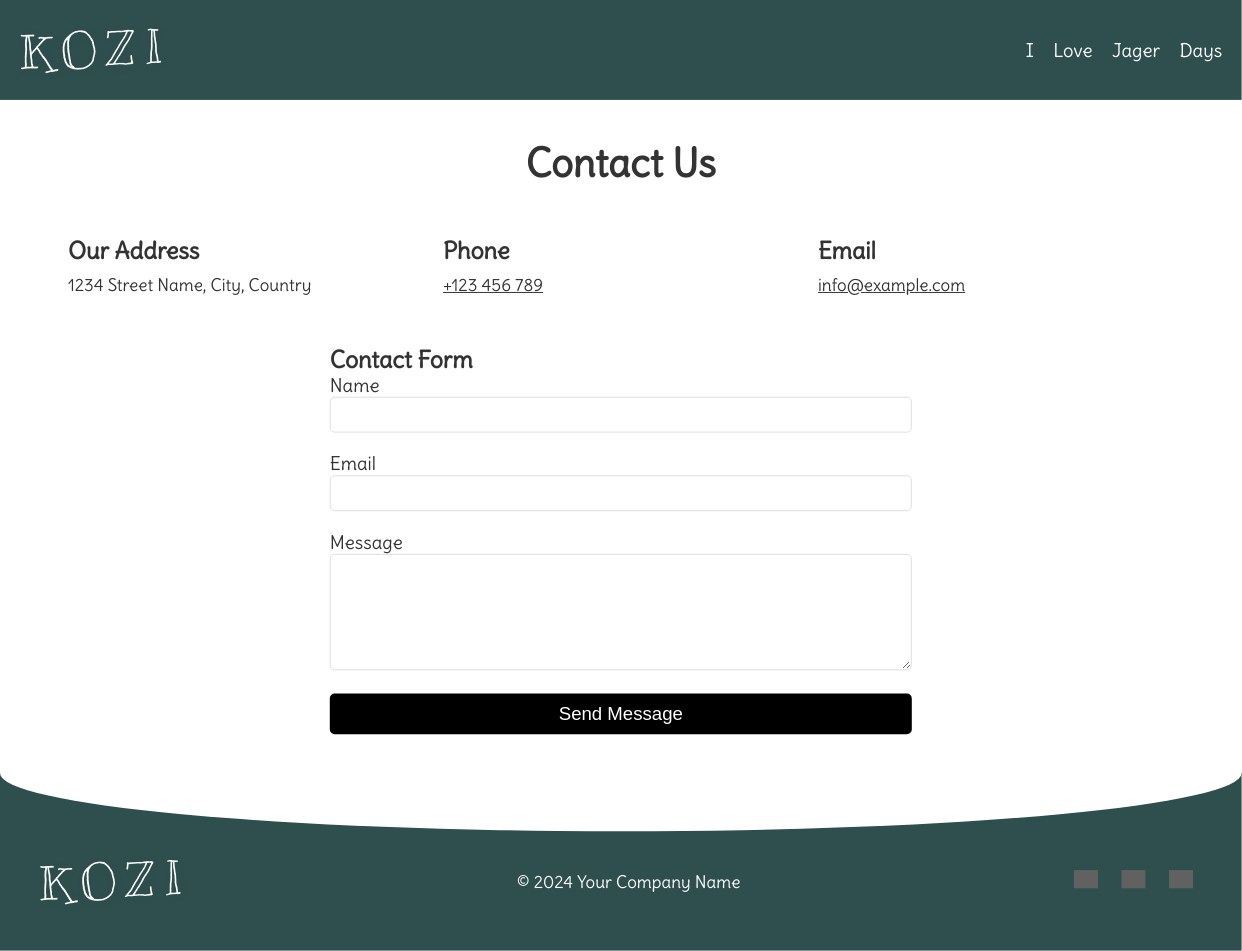
Repository: leerichie/kozi
Page: index.html
These files come from the project's save history. The page is drawn as it stood at one moment and after the next save; the edit follows.
The browser window is 1280 px wide. The pictures show the whole page, at 97% of full size.
Pictures or frames that could not be fetched are drawn as grey boxes.

Above is the page before, as saved 2024-10-24 19:41:48.

### index.html
<!DOCTYPE html>
<html lang="en">

<head>
    <meta charset="UTF-8">
    <meta name="viewport" content="width=device-width, initial-scale=1.0">
    <meta http-equiv="X-UA-Compatible" content="IE=edge">
    <link rel="stylesheet" href="css/styles.css">
    <title>Contact Form</title>
</head>

<body>
    <!-- Navbar -->
    <header class="navbar">
        <div class="logo">
            <!-- <a href="#"><img src="img/logo.png" alt="Logo"></a> -->
            <h1 class="logo-text">Kozi</h1>

        </div>
        <nav>
            <ul class="nav-links">
                <li><a href="#">I</a></li>
                <li><a href="#">Love</a></li>
                <li><a href="#">Jager</a></li>
                <li><a href="#">Days</a></li>
            </ul>
            <div class="hamburger">
                <span class="bar"></span>
                <span class="bar"></span>
                <span class="bar"></span>
            </div>
        </nav>
    </header>

    <!-- Sidebar (hidden by default) -->
    <div class="sidebar">
        <ul class="sidebar-links">
            <li><a href="#">Home</a></li>
            <li><a href="#">About</a></li>
            <li><a href="#">Services</a></li>
            <li><a href="#">Contact</a></li>
        </ul>
    </div>

    <!-- Contact Section -->
    <div class="container">
        <div class="contact-header">
            <h1>Contact Us</h1>
        </div>
        <div class="contact-info">
            <div class="address">
                <h2>Our Address</h2>
                <p>1234 Street Name, City, Country</p>
            </div>
            <div class="phone">
                <h2>Phone</h2>
                <p><a href="tel:+123456789">+123 456 789</a></p>
            </div>
            <div class="email">
                <h2>Email</h2>
                <p><a href="mailto:info@example.com">info@example.com</a></p>
            </div>
        </div>

        <div class="form-container">
            <h2>Contact Form</h2>
            <form action="#" method="POST" class="contact-form">
                <div class="form-group">
                    <label for="name">Name</label>
                    <input type="text" id="name" name="name" required>
                </div>
                <div class="form-group">
                    <label for="email">Email</label>
                    <input type="email" id="email" name="email" required>
                </div>
                <div class="form-group">
                    <label for="message">Message</label>
                    <textarea id="message" name="message" required></textarea>
                </div>
                <button type="submit" class="submit-btn">Send Message</button>
            </form>
        </div>
    </div>

    <!-- Footer -->
    <footer class="footer">
        <div class="footer-shape"></div>
        <div class="footer-container">
            <div class="footer-logo">
                <!-- <a href="#"><img src="img/logo.png" alt="Footer Logo"></a> -->
                <h1 class="logo-text">Kozi</h1>

            </div>
            <div class="footer-text">
                <p>&copy; 2024 Your Company Name</p>
            </div>
            <div class="footer-social">
                <a href="/"><img src="img/facebook.png" alt="Facebook"></a>
                <a href="/"><img src="img/twitter.png" alt="Twitter"></a>
                <a href="/"><img src="img/instagram.png" alt="Instagram"></a>
            </div>
        </div>
    </footer>

    <script src="js/script.js"></script>
</body>

</html>

### css/styles.css
@font-face {
  font-family: "Delius";
  src: url("/fonts/Delius-Regular.ttf") format("truetype");
  font-weight: normal;
  font-style: normal;
}

@font-face {
  font-family: "Merriweather";
  src: url("/fonts/Kranky-Regular.ttf") format("truetype");
  font-weight: bold;
  font-style: normal;
}

@font-face {
  font-family: "Lora";
  src: url("/fonts/LeckerliOne-Regular.ttf") format("truetype");
  font-weight: normal;
  font-style: italic;
}

* {
  margin: 0;
  padding: 0;
  box-sizing: border-box;
}

body {
  font-family: "Delius", sans-serif;
  background-color: #fff;
  color: #333;
}

.logo {
  text-align: center;
}

.logo-text {
  font-family: "Merriweather", serif;
  font-size: 50px;
  letter-spacing: 10px;
  font-weight: bold;
  text-transform: uppercase;
  color: white;
  text-shadow: 2px 2px 10px rgba(0, 0, 0, 0.1);
  transform: rotate(-2deg);
}

/* Nav */
.navbar {
  display: flex;
  justify-content: space-between;
  align-items: center;
  padding: 20px;
  background-color: darkslategray;
  color: #fff;
  position: relative;
  z-index: 1000;
}

.navbar .logo img {
  width: 150px;
}

.navbar nav {
  display: flex;
  align-items: center;
}

.nav-links {
  display: flex;
  list-style: none;
}

.nav-links li {
  margin-left: 20px;
}

.nav-links a {
  text-decoration: none;
  color: #fff;
  font-size: 1.2rem;
  transition: color 0.3s ease;
}

.nav-links a:hover {
  color: #f4a261;
}

/* Hamburger animate - mob */
.hamburger {
  display: none;
  flex-direction: column;
  cursor: pointer;
  transition: all 0.3s ease;
  z-index: 1001;
}

.hamburger .bar {
  width: 25px;
  height: 3px;
  background-color: white;
  margin: 4px 0;
  transition: all 0.3s ease;
  z-index: 1001;
}

.hamburger.active .bar:nth-child(1) {
  transform: rotate(45deg) translate(0, 0);
  width: 20px;
}

.hamburger.active .bar:nth-child(2) {
  opacity: 0;
}

.hamburger.active .bar:nth-child(3) {
  transform: rotate(-45deg) translate(0, 0);
  width: 20px;
}

.hamburger.active .bar {
  height: 4px;
}

/* Sidebar */
.sidebar {
  position: fixed;
  top: 0;
  right: -250px;
  width: 250px;
  height: 100%;
  background-color: darkslategray;
  color: #fff;
  transition: 0.3s;
  padding-top: 60px;
  z-index: 999;
}

.sidebar.active {
  right: 0;
}

.sidebar-links {
  list-style: none;
  padding: 0;
  text-align: center;
}

.sidebar-links li {
  margin: 20px 0;
}

.sidebar-links a {
  text-decoration: none;
  color: #fff;
  font-size: 1.5rem;
  transition: color 0.3s ease;
}

.sidebar-links a:hover {
  color: #f4a261;
}

/* Contact Section */
.container {
  max-width: 1200px;
  margin: 0 auto;
  padding: 40px 20px;
}

.contact-header h1 {
  text-align: center;
  font-size: 2.5rem;
  margin-bottom: 40px;
}

.contact-info {
  display: flex;
  justify-content: space-between;
  flex-wrap: wrap;
  margin-bottom: 40px;
}

.contact-info div {
  flex: 1;
  min-width: 250px;
  margin: 10px;
}

.contact-info h2 {
  font-size: 1.5rem;
  margin-bottom: 10px;
}

.contact-info p,
.contact-info a {
  font-size: 1.1rem;
  color: #333;
}

.form-container {
  max-width: 600px;
  margin: 0 auto;
}

.contact-form {
  display: flex;
  flex-direction: column;
}

.form-group {
  margin-bottom: 20px;
}

.form-group label {
  margin-bottom: 10px;
  font-size: 1.2rem;
}

.form-group input,
.form-group textarea {
  width: 100%;
  padding: 10px;
  border: 1px solid #ddd;
  border-radius: 5px;
}

textarea {
  height: 120px;
}

.submit-btn {
  padding: 10px 20px;
  background-color: #000;
  color: #fff;
  border: none;
  border-radius: 5px;
  font-size: 1.2rem;
  cursor: pointer;
}

.submit-btn:hover {
  background-color: #f4a261;
}

/* Footer Styling */
.footer {
  position: relative;
  background-color: darkslategray;
  color: white;
  text-align: center;
  padding: 80px 20px 40px;
  overflow: hidden;
}

.footer-shape {
  position: absolute;
  top: -60px;
  left: 0;
  width: 100%;
  height: 120px;
  background-color: #fff;
  border-radius: 0 0 100% 100%;
  z-index: 0;
}

.footer-container {
  position: relative;
  z-index: 1;
  display: flex;
  justify-content: space-between;
  align-items: center;
  max-width: 1200px;
  margin: 0 auto;
  flex-wrap: wrap;
}

.footer-logo img {
  width: 100px;
}

.footer-text p {
  font-size: 1.1rem;
  margin: 0;
}

.footer-social a {
  margin: 0 10px;
}

.footer-social img {
  width: 25px;
  filter: invert(100%);
}

/* Mob */
@media (max-width: 768px) {
  .hamburger {
    display: flex;
  }

  .nav-links {
    display: none;
  }

  .footer-container {
    flex-direction: column;
  }

  .footer-logo {
    margin-bottom: 20px;
  }
}

### js/script.js
const hamburger = document.querySelector('.hamburger');
const sidebar = document.querySelector('.sidebar');

hamburger.addEventListener('click', () => {
    sidebar.classList.toggle('active');
    hamburger.classList.toggle('active');
});

window.addEventListener('scroll', () => {
    sidebar.classList.remove('active');
    hamburger.classList.remove('active');
});

After the next save:
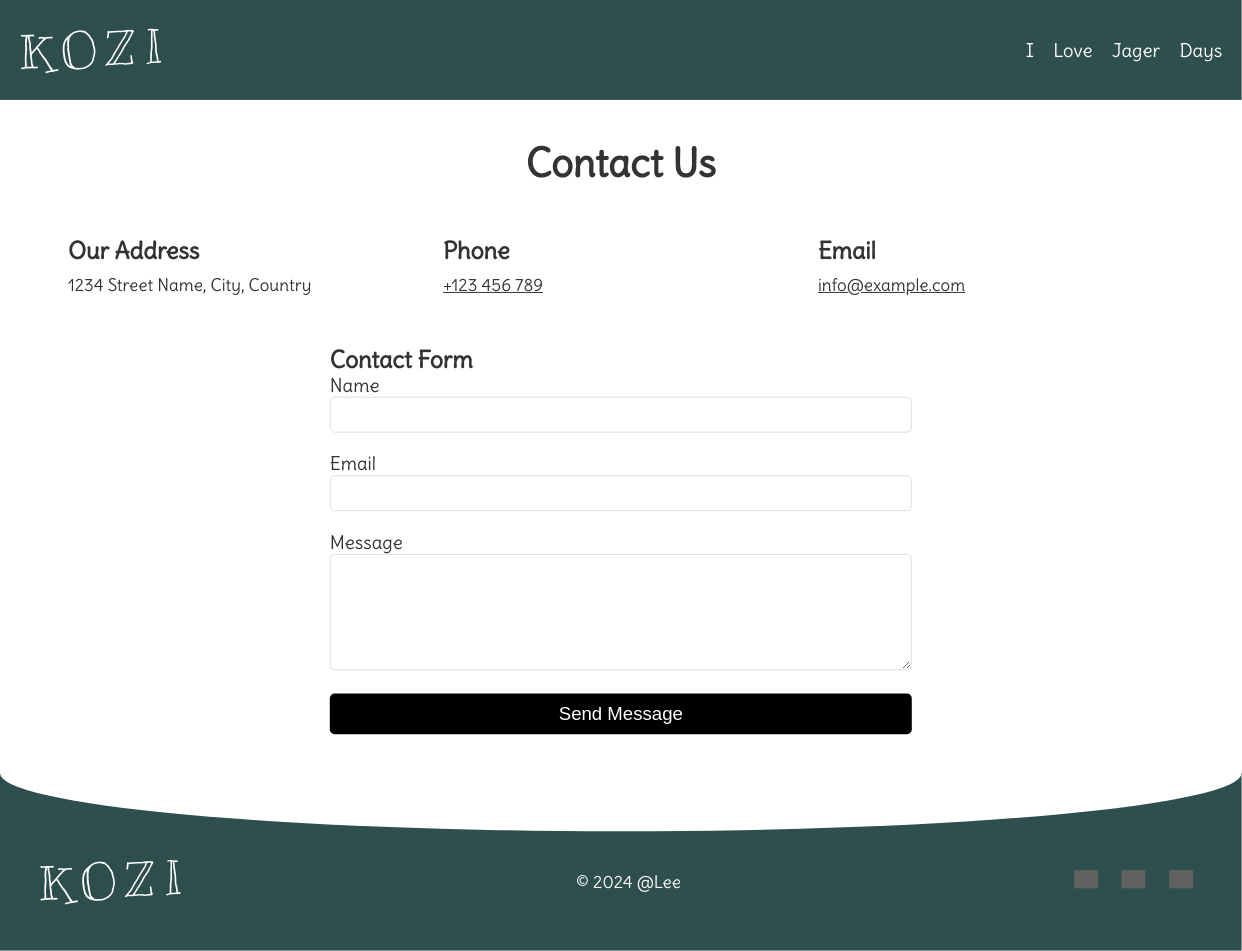
Saved 21 s later.
--- a/index.html
+++ b/index.html
@@ -92,7 +92,7 @@
 
             </div>
             <div class="footer-text">
-                <p>&copy; 2024 Your Company Name</p>
+                <p>&copy; 2024 @Lee</p>
             </div>
             <div class="footer-social">
                 <a href="/"><img src="img/facebook.png" alt="Facebook"></a>
